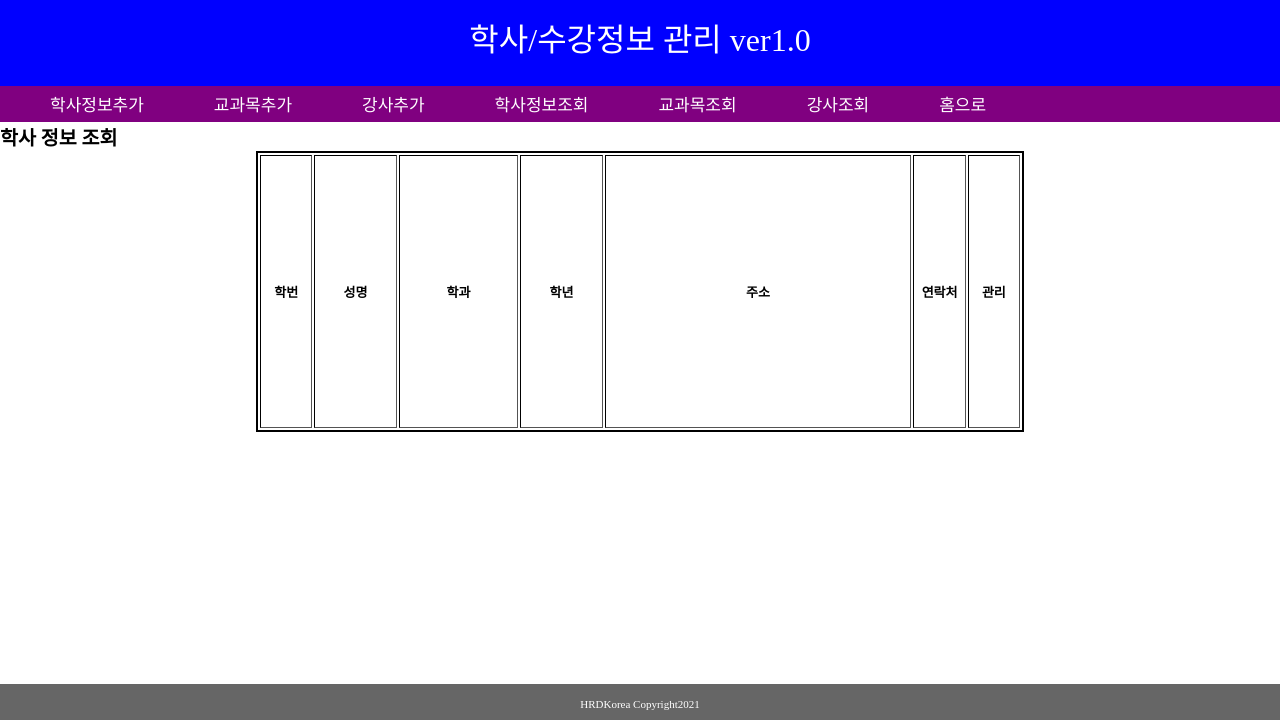
Repository: cccf777/-
Page: http://localhost/hrd0422/junhbo/hakSelect.jsp
An editor plug-in stored every save of this project. The page is shown before and after the next save, followed by the edit.
The browser window is 1280 px wide. The pictures show the whole page.
The page is served by Tomcat 9. Queries for data that is not in the repository find no rows.

Above is the page before, as saved 2021-04-22 02:35:06.

After the next save:
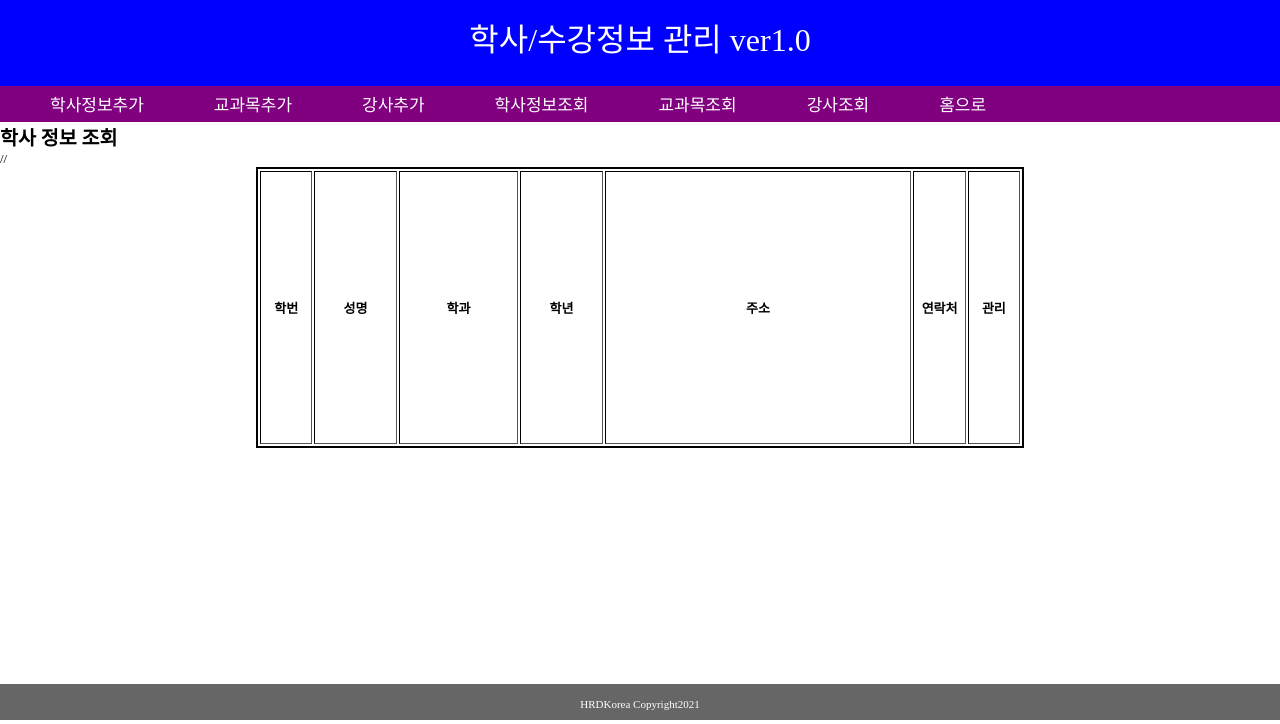
Saved 38 s later.
--- a/workspace/hrd0422/src/main/webapp/junhbo/hakSelect.jsp
+++ b/workspace/hrd0422/src/main/webapp/junhbo/hakSelect.jsp
@@ -21,7 +21,7 @@
 	<th width=20px>학년</th>
 	<th width=80px>주소</th>
 	<th width=10px>연락처</th>
-	<th width=10px>관리</th>
+	//<th width=10px>관리</th>
 </tr>
 <%@ include file="DBconnOracle.jsp" %>
 <%

After the save that followed:
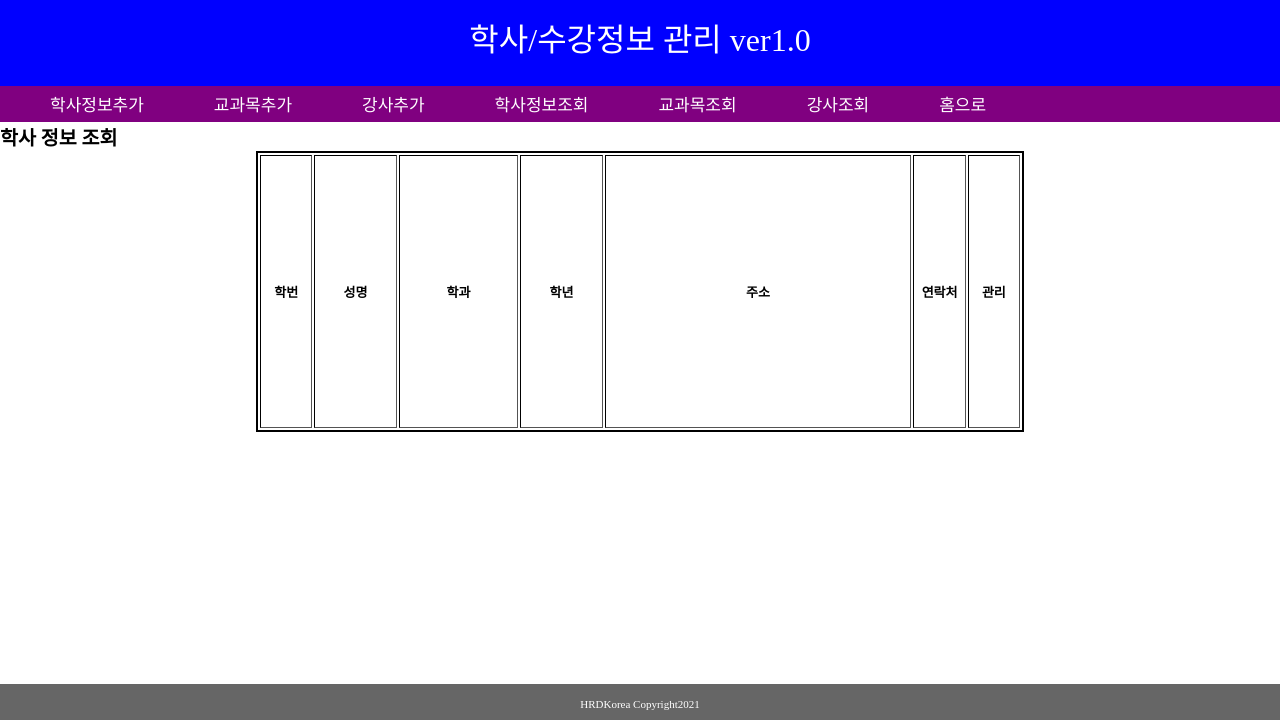
Saved 6 s later.
--- a/workspace/hrd0422/src/main/webapp/junhbo/hakSelect.jsp
+++ b/workspace/hrd0422/src/main/webapp/junhbo/hakSelect.jsp
@@ -21,7 +21,7 @@
 	<th width=20px>학년</th>
 	<th width=80px>주소</th>
 	<th width=10px>연락처</th>
-	//<th width=10px>관리</th>
+	<th width=10px>관리</th>
 </tr>
 <%@ include file="DBconnOracle.jsp" %>
 <%
